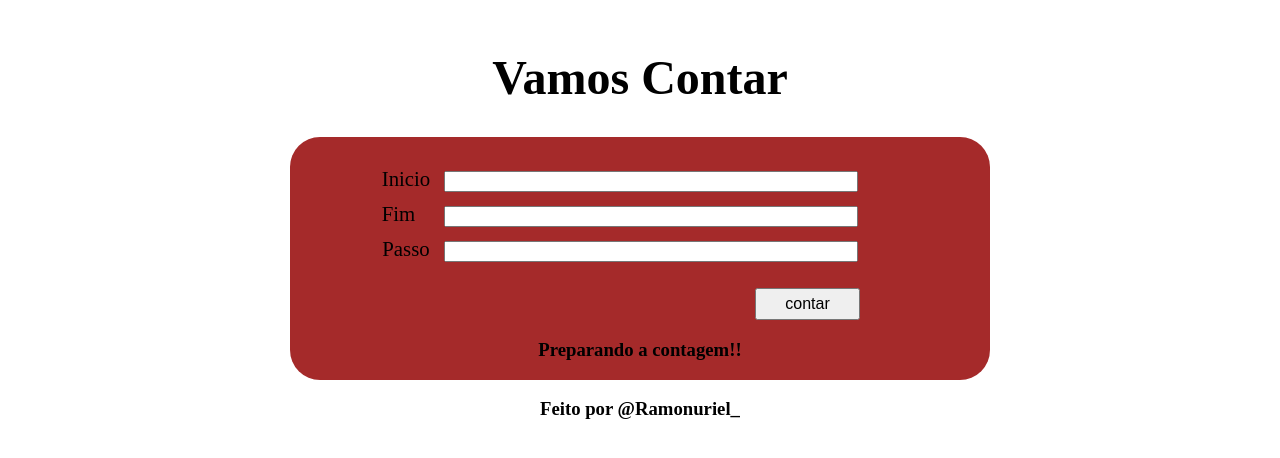
Repository: Ramonuriel/JS-Projetos
Page: Contador automatico/exercicio.html
An editor plug-in stored every save of this project. The page is shown before and after the next save, followed by the edit.
The browser window is 1280 px wide. The pictures show the whole page.

Above is the page before, as saved 2022-12-27 21:16:46.

### Contador automatico/exercicio.html
<!DOCTYPE html>
<html lang="en">

<head>
  <meta charset="UTF-8">
  <meta http-equiv="X-UA-Compatible" content="IE=edge">
  <meta name="viewport" content="width=device-width, initial-scale=1.0">
  <link rel="stylesheet" href="style.css">
  <title>Exercicio</title>
</head>

<body>
  <h1 class="title">Vamos Contar</h1>
  <section class="projeto">
    <ul>
      <li>
        <label for="number">Inicio</label>
        <input type="number" name="" id="inicio">
      </li>
      <li>
        <label for="number">Fim</label>
        <input type="number" name="" id="Fim">
      </li>
      <li> <label for="number">Passo</label>
        <input type="number" name="" id="Passo">
      </li>
    </ul>
    <input class="btn" type="button" value="contar" onclick="contar()">

    <div>
      <h3 class="resultado">Preparando a contagem!!</h3>
    </div>
  </section>

  <footer>
    <h3>Feito por @Ramonuriel_</h3>
  </footer>



  <script src="exercicio.js"></script>
</body>

</html>

### Contador automatico/style.css
body {
  margin: 0;
  padding: 0;
  width: 100%;
  align-items: center;
  text-align: center;
}
.title {
  font-size: 3rem;
  margin-top: 50px;
}

.projeto {
  display: inline-flex;
  flex-direction: column;
  width: 700px;
  max-height: 100%;

  background-color: brown;
  align-items: left;
  justify-content: start;
  border-radius: 30px;
}

h2 {
  font-size: 2rem;
}

ul {
  margin-right: 80px;
  margin-top: 30px;
}
li {
  list-style-type: none;
  margin-bottom: 10px;
}

label {
  font-size: 1.3rem;
  margin-right: 10px;
}

input {
  width: 70%;
}
#Fim {
  margin-left: 15px;
}

.btn {
  font-size: 1rem;
  margin-left: 465px;
  width: 15%;
  height: 2rem;
  cursor: pointer;
}

### Contador automatico/exercicio.js
function contar() {
  let inicio = document.querySelector('#inicio')
  let fim = document.querySelector('#Fim')
  let passo = document.querySelector('#Passo')
  let res = document.querySelector('.resultado')

  if (
    inicio.value.length == 0 ||
    fim.value.length == 0 ||
    passo.value.length == 0
  ) {
    window.alert('[ERRO] Preencha todos os campos.')
  } else {
    res.innerHTML = 'Contando: '
    let i = Number(inicio.value)
    let f = Number(fim.value)
    let p = Number(passo.value)
    if (i < f)
      for (let c = i; c <= f; c += p) {
        res.innerHTML += ` ${c} \u{1f449}, `
      }
    else {
      for (let c = i; c >= f; c -= p) {
        res.innerHTML += ` ${c} \u{1f449}`
      }
    }
  }
}

After the next save:
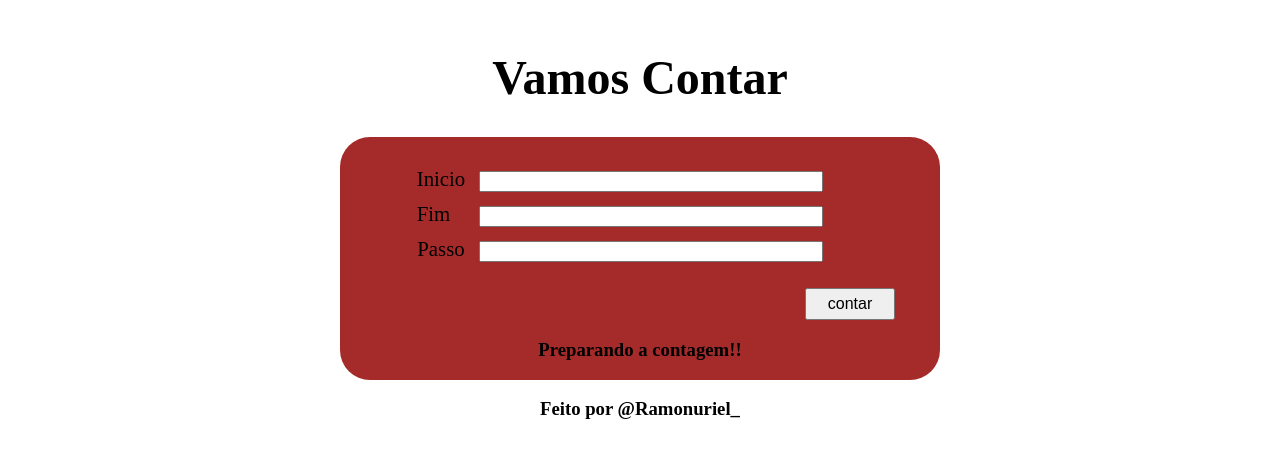
Saved 18 s later.
--- a/Contador automatico/style.css
+++ b/Contador automatico/style.css
@@ -13,7 +13,7 @@ body {
 .projeto {
   display: inline-flex;
   flex-direction: column;
-  width: 700px;
+  width: 600px;
   max-height: 100%;
 
   background-color: brown;
